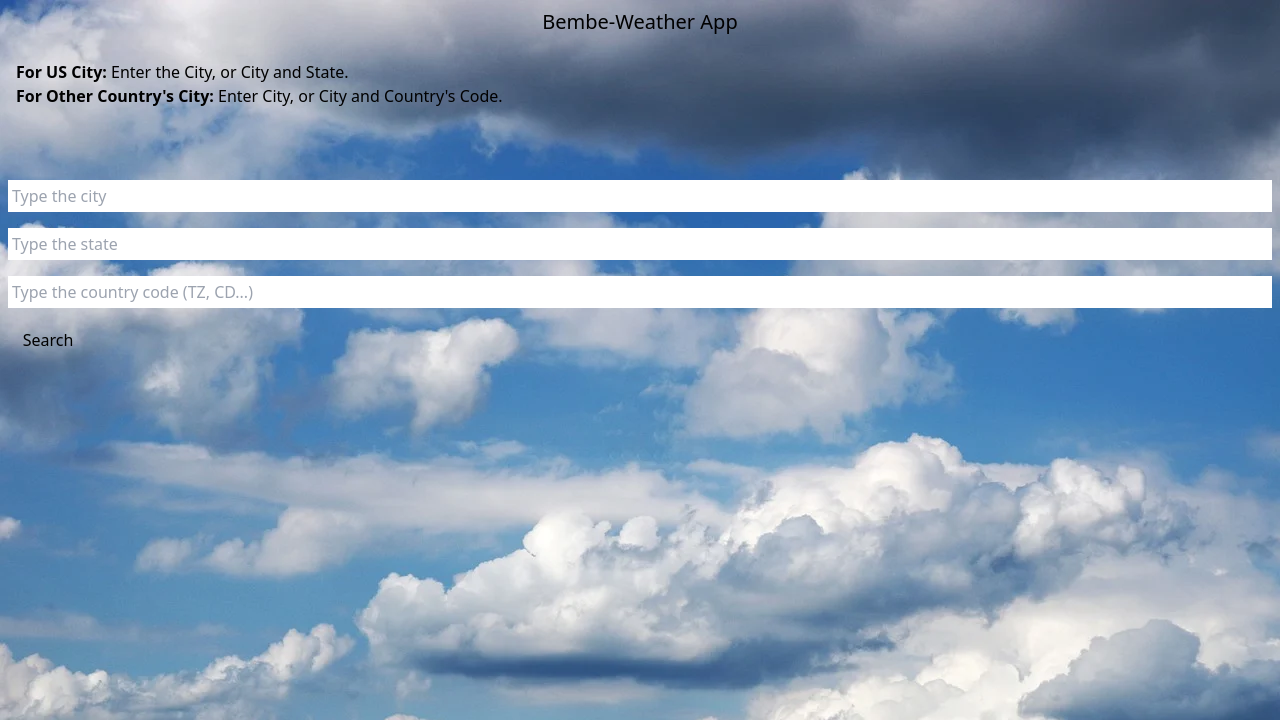
Repository: ShindanoSingi/bembe-weather
Page: /
These files come from the project's save history. The page is drawn as it stood at one moment and after the next save; the edit follows.
The browser window is 1280 px wide. The pictures show the whole page.
The page's requests for data from a server got no answer. The project was rebuilt for these pictures with package versions that can differ from the ones it lists, and the page was loaded fresh each time. No one was signed in, and anything a server would have sent is missing.

Above is the page before, as saved 2022-09-14 03:10:52.

### public/index.html
<!DOCTYPE html>
<html lang="en">

<head>
  <meta charset="utf-8" />
  <link rel="icon" href="%PUBLIC_URL%/favicon.ico" />
  <meta name="viewport" content="width=device-width, initial-scale=1" />
  <meta name="theme-color" content="#000000" />
  <meta name="description" content="Web site created using create-react-app" />
  <link rel="apple-touch-icon" href="%PUBLIC_URL%/logo192.png" />
  <!--
      manifest.json provides metadata used when your web app is installed on a
      user's mobile device or desktop. See https://developers.google.com/web/fundamentals/web-app-manifest/
    -->
  <link rel="manifest" href="%PUBLIC_URL%/manifest.json" />
  <!--
      Notice the use of %PUBLIC_URL% in the tags above.
      It will be replaced with the URL of the `public` folder during the build.
      Only files inside the `public` folder can be referenced from the HTML.

      Unlike "/favicon.ico" or "favicon.ico", "%PUBLIC_URL%/favicon.ico" will
      work correctly both with client-side routing and a non-root public URL.
      Learn how to configure a non-root public URL by running `npm run build`.
    -->
  <title>React Weather</title>
</head>

<body>
  <noscript>You need to enable JavaScript to run this app.</noscript>
  <div id="root"></div>
  <!--
      This HTML file is a template.
      If you open it directly in the browser, you will see an empty page.

      You can add webfonts, meta tags, or analytics to this file.
      The build step will place the bundled scripts into the <body> tag.

      To begin the development, run `npm start` or `yarn start`.
      To create a production bundle, use `npm run build` or `yarn build`.
    -->
</body>

</html>

### src/components/SearchForm.js
import React from "react";

const SearchForm = ({
  city,
  state,
  country,
  handleSubmit,
  handleChangeCity,
  handleChangeState,
  handleChangeCountry,
}) => {
  return (
    <div >
      <form className="flex flex-col gap-4 form-container" onSubmit={handleSubmit} d-flex>
        <div className="flex flex-col gap-4">
          <input
          className="p-1 mx-2 cityInput"
          placeholder="Type the city"
          type="text"
          name="SearchString"
          onChange={handleChangeCity}
          value={city}
          required
        />

        {/* Country input */}
        <input
          className="p-1 mx-2 countryInput"
          placeholder="Type the state"
          type="text"
          name="SearchString"
          onChange={handleChangeState}
          value={state}
        />

        {/* Country input */}
        <input
          className="p-1 mx-2 countryInput"
          placeholder="Type the country code (TZ, CD...)"
          type="text"
          name="SearchString"
          onChange={handleChangeCountry}
          value={country}
        />
        </div>
        {/* City Input */}


        <button className="w-24 p-1 submitButton" type="submit">
          Search
        </button>
      </form>
    </div>
  );
};

export default SearchForm;

Loaded but not shown: src/index.js (common file); src/index.css (common file); tailwind.config.js (common file); src/components/weatherPage.js (255 lines, source omitted); src/App.js (116 lines, source omitted); src/App.css (1402 lines, source omitted)

After the next save:
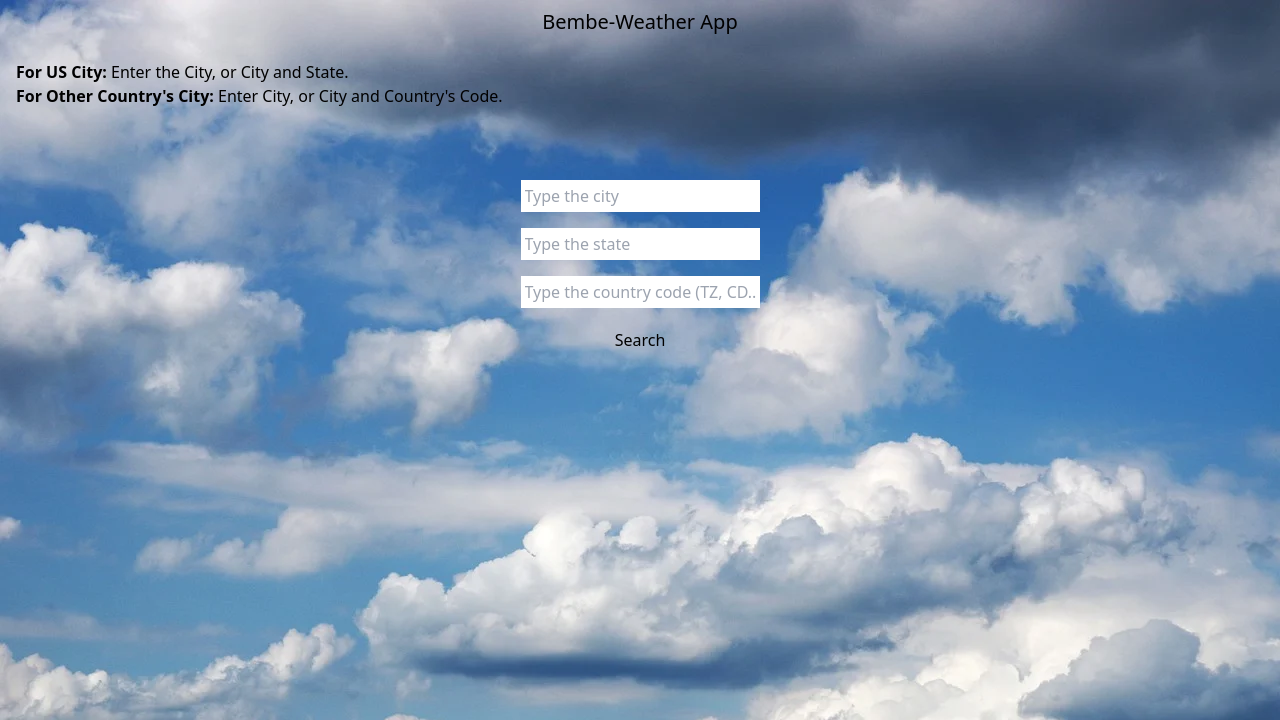
Saved 24 s later.
--- a/src/components/SearchForm.js
+++ b/src/components/SearchForm.js
@@ -11,7 +11,7 @@
 }) => {
   return (
     <div >
-      <form className="flex flex-col gap-4 form-container" onSubmit={handleSubmit} d-flex>
+      <form className="flex flex-col items-center gap-4 form-container" onSubmit={handleSubmit} d-flex>
         <div className="flex flex-col gap-4">
           <input
           className="p-1 mx-2 cityInput"

After the save that followed:
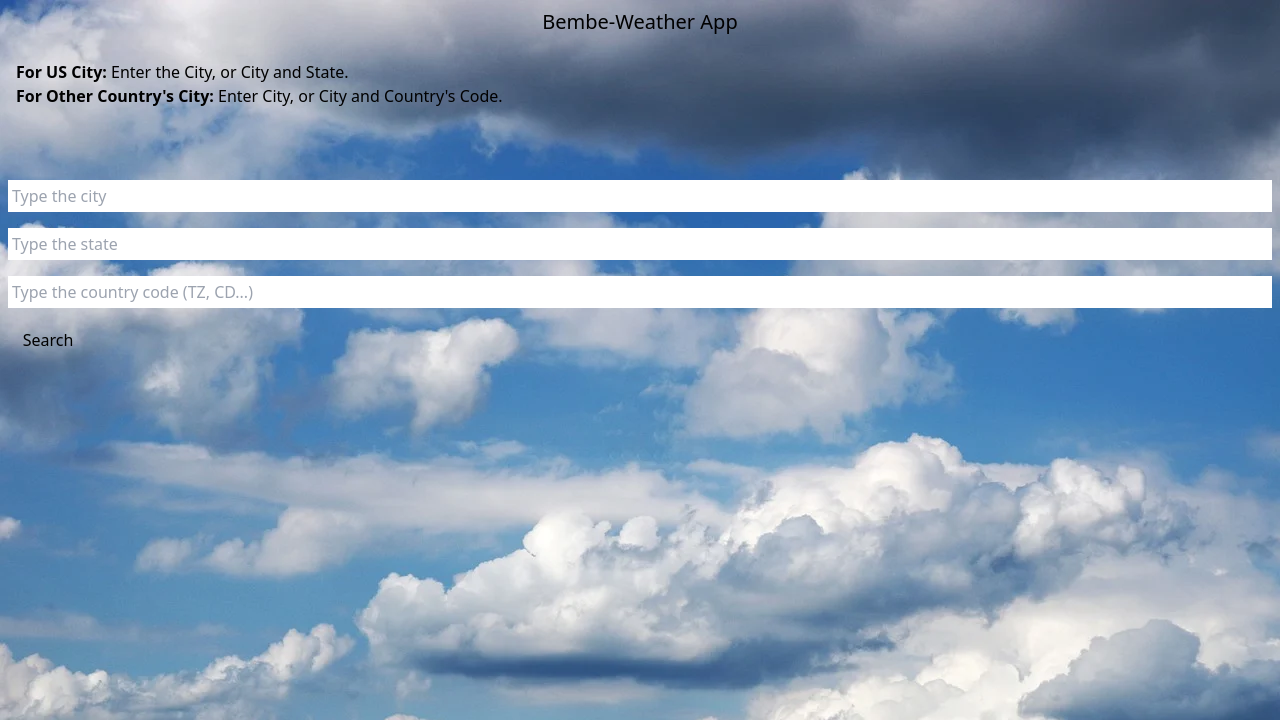
Saved 27 s later.
--- a/src/components/SearchForm.js
+++ b/src/components/SearchForm.js
@@ -11,7 +11,7 @@
 }) => {
   return (
     <div >
-      <form className="flex flex-col items-center gap-4 form-container" onSubmit={handleSubmit} d-flex>
+      <form className="flex flex-col justify-center gap-4 form-container" onSubmit={handleSubmit} d-flex>
         <div className="flex flex-col gap-4">
           <input
           className="p-1 mx-2 cityInput"
